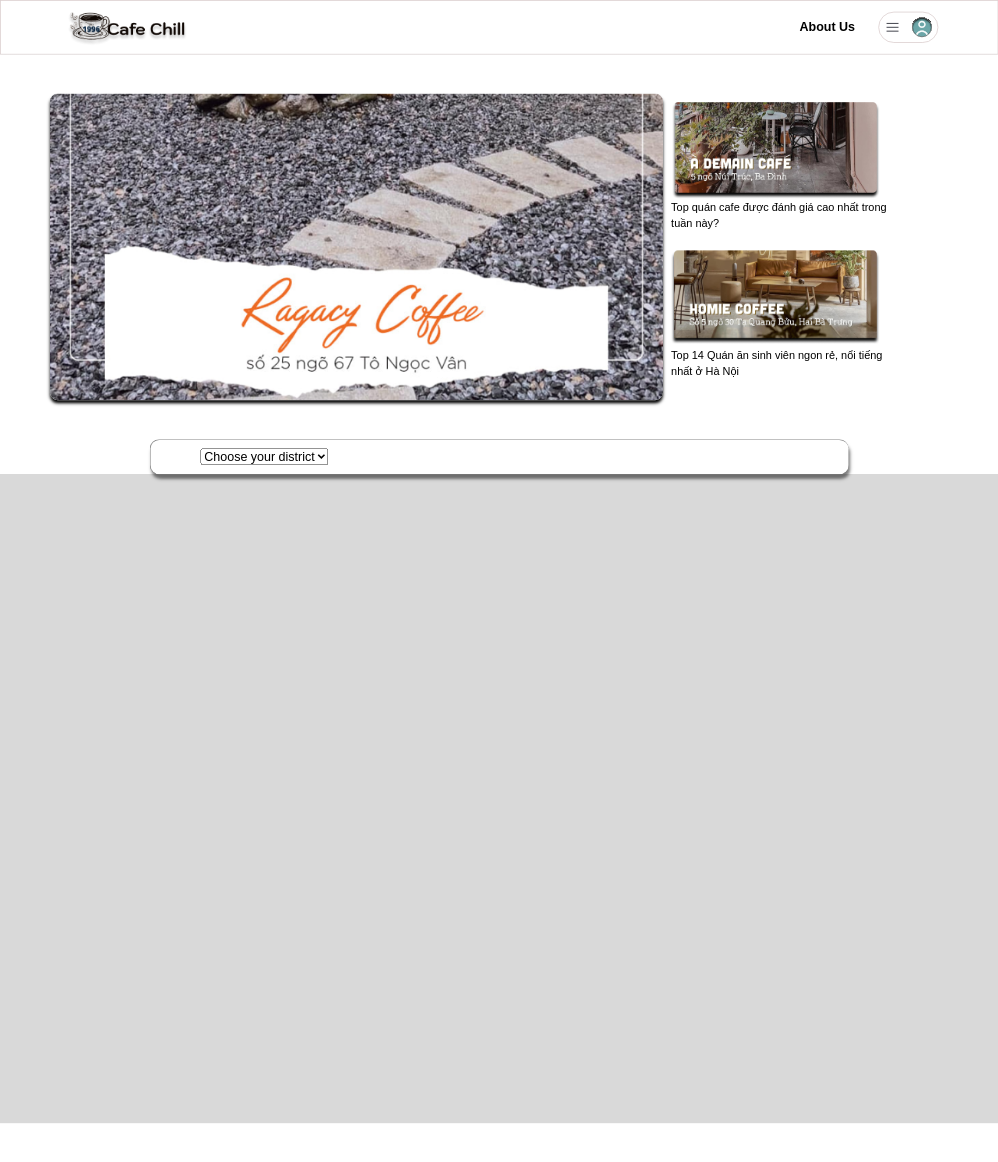
Repository: eriklehnsher/CafeReview-Vue3
Page: /
The author's editor kept a copy of each file at every save. The page is drawn from the files as they stood at one save, then again after the next save.
The browser window is 1280 px wide. The pictures show the whole page, at 78% of full size.
Some web fonts or font styles are not loaded; a fallback is used. The project was rebuilt for these pictures with package versions that can differ from the ones it lists, and the page was loaded fresh each time. Also part of the build but not shown: vue.config.js.

Above is the page before, as saved 2023-10-11 13:38:58.

### public/index.html
<!DOCTYPE html>
<html lang="">
  <head>
    <meta charset="utf-8">
    <meta http-equiv="X-UA-Compatible" content="IE=edge">
    <meta name="viewport" content="width=device-width,initial-scale=1.0">
    <link rel="icon" href="<%= BASE_URL %>LOGO.ico">
    <title><%= htmlWebpackPlugin.options.title %></title>
  </head>
  <body>
    <noscript>
      <strong>We're sorry but <%= htmlWebpackPlugin.options.title %> doesn't work properly without JavaScript enabled. Please enable it to continue.</strong>
    </noscript>
    <div id="app"></div>
    <!-- built files will be auto injected -->
  </body>
</html>

### src/main.js
import "bootstrap/dist/css/bootstrap.css";
import { createApp } from 'vue'
import App from './App.vue'

createApp(App).mount('#app')

import "bootstrap/dist/js/bootstrap.js"

### src/App.vue
<template>
  <Header class="header-app" />
  <HomePage class="homepage-app" />
</template>

<script>
import Header from "./components/Header.vue";
import HomePage from "./components/HomePage.vue";

export default {
  name: "App",
  components: {
    HomePage,
    Header,
  },
};
</script>

<style>
@import url("https://fonts.googleapis.com/css2?family=ABeeZee&display=swap");

body {
  margin: 0px;
}
#app {
  background: #d9d9d9;
  height: 200vh;
  margin-bottom: 50px;
  -webkit-font-smoothing: antialiased;
  -moz-osx-font-smoothing: grayscale;

  font-family: "ABeeZee", sans-serif;
}
/* .header-app {
  position: sticky;
  top: 0;
} */

</style>

### src/components/Header.vue
<template>
  <div class="header">
    <div class="container">
      <nav class="navbar navbar-expand-lg">
        <div class="container-fluid">
          <img src="../assets/logo.png" alt="" class="logo" />

          <div class="collapse navbar-collapse" id="navbarSupportedContent">
            <ul class="navbar-nav me-auto mb-2 mb-lg-0"></ul>
            <div class="btn-group">
              <a class="header-about" href="">About Us</a>
              <div
                type="button"
                class="Author"
                data-bs-toggle="dropdown"
                aria-expanded="false"
              >
                <svg
                  xmlns="http://www.w3.org/2000/svg"
                  width="25"
                  height="40"
                  viewBox="0 0 42 40"
                  fill="none"
                >
                  <path
                    d="M8.59375 11.6667H32.6562"
                    stroke="#33363F"
                    stroke-width="2"
                    stroke-linecap="round"
                  />
                  <path
                    d="M8.59375 20H32.6562"
                    stroke="#33363F"
                    stroke-width="2"
                    stroke-linecap="round"
                  />
                  <path
                    d="M8.59375 28.3333H32.6562"
                    stroke="#33363F"
                    stroke-width="2"
                    stroke-linecap="round"
                  />
                </svg>
                <svg
                  width="30"
                  height="50"
                  viewBox="0 0 50 50"
                  fill="none"
                  xmlns="http://www.w3.org/2000/svg"
                >
                  <g filter="url(#filter0_i_102_131)">
                    <path
                      fill-rule="evenodd"
                      clip-rule="evenodd"
                      d="M4.1665 25C4.1665 13.4941 13.4939 4.16669 24.9998 4.16669C36.5058 4.16669 45.8332 13.4941 45.8332 25C45.8332 31.693 42.6771 37.6488 37.7719 41.4603C36.9132 38.9522 35.3321 36.7452 33.2181 35.1231C30.8604 33.314 27.9717 32.3334 24.9998 32.3334C22.028 32.3334 19.1393 33.314 16.7816 35.1231C14.6676 36.7452 13.0865 38.9522 12.2277 41.4603C7.32261 37.6488 4.1665 31.693 4.1665 25ZM32.0006 36.7098C33.9555 38.2098 35.3754 40.297 36.0539 42.6621C32.8501 44.6715 29.0607 45.8334 24.9998 45.8334C20.939 45.8334 17.1496 44.6715 13.9457 42.6621C14.6242 40.297 16.0442 38.2098 17.9991 36.7098C20.0075 35.1687 22.4683 34.3334 24.9998 34.3334C27.5314 34.3334 29.9922 35.1687 32.0006 36.7098ZM19.7498 18.75C19.7498 15.8505 22.1003 13.5 24.9998 13.5C27.8993 13.5 30.2498 15.8505 30.2498 18.75C30.2498 21.6495 27.8993 24 24.9998 24C22.1003 24 19.7498 21.6495 19.7498 18.75ZM24.9998 11.5C20.9958 11.5 17.7498 14.746 17.7498 18.75C17.7498 22.7541 20.9958 26 24.9998 26C29.0039 26 32.2498 22.7541 32.2498 18.75C32.2498 14.746 29.0039 11.5 24.9998 11.5Z"
                      fill="#6CA6A8"
                    />
                  </g>
                  <path
                    d="M37.7719 41.4603L37.2989 41.6223L37.5257 42.2848L38.0787 41.8551L37.7719 41.4603ZM33.2181 35.1231L32.9137 35.5198L33.2181 35.1231ZM16.7816 35.1231L17.0859 35.5198L16.7816 35.1231ZM12.2277 41.4603L11.9209 41.8551L12.4739 42.2848L12.7008 41.6223L12.2277 41.4603ZM36.0539 42.6621L36.3196 43.0857L36.6383 42.8858L36.5346 42.5242L36.0539 42.6621ZM32.0006 36.7098L31.6962 37.1065L32.0006 36.7098ZM13.9457 42.6621L13.4651 42.5242L13.3614 42.8858L13.6801 43.0857L13.9457 42.6621ZM17.9991 36.7098L17.6947 36.3131H17.6947L17.9991 36.7098ZM24.9998 3.66669C13.2178 3.66669 3.6665 13.2179 3.6665 25H4.6665C4.6665 13.7702 13.77 4.66669 24.9998 4.66669V3.66669ZM46.3332 25C46.3332 13.2179 36.7819 3.66669 24.9998 3.66669V4.66669C36.2296 4.66669 45.3332 13.7702 45.3332 25H46.3332ZM38.0787 41.8551C43.1005 37.9529 46.3332 31.8539 46.3332 25H45.3332C45.3332 31.5321 42.2536 37.3446 37.4652 41.0655L38.0787 41.8551ZM32.9137 35.5198C34.9494 37.0818 36.472 39.207 37.2989 41.6223L38.245 41.2984C37.3545 38.6973 35.7148 36.4086 33.5225 34.7264L32.9137 35.5198ZM24.9998 32.8334C27.8616 32.8334 30.6434 33.7776 32.9137 35.5198L33.5225 34.7264C31.0775 32.8503 28.0817 31.8334 24.9998 31.8334V32.8334ZM17.0859 35.5198C19.3563 33.7776 22.1381 32.8334 24.9998 32.8334V31.8334C21.918 31.8334 18.9222 32.8503 16.4772 34.7264L17.0859 35.5198ZM12.7008 41.6223C13.5277 39.207 15.0502 37.0818 17.0859 35.5198L16.4772 34.7264C14.2849 36.4086 12.6452 38.6973 11.7547 41.2984L12.7008 41.6223ZM3.6665 25C3.6665 31.8539 6.89917 37.9529 11.9209 41.8551L12.5345 41.0655C7.74605 37.3446 4.6665 31.5321 4.6665 25H3.6665ZM36.5346 42.5242C35.8266 40.0563 34.3449 37.8784 32.305 36.3131L31.6962 37.1065C33.5661 38.5413 34.9243 40.5377 35.5733 42.8L36.5346 42.5242ZM24.9998 46.3334C29.1574 46.3334 33.0385 45.1436 36.3196 43.0857L35.7883 42.2385C32.6617 44.1995 28.964 45.3334 24.9998 45.3334V46.3334ZM13.6801 43.0857C16.9612 45.1436 20.8423 46.3334 24.9998 46.3334V45.3334C21.0357 45.3334 17.3379 44.1995 14.2114 42.2385L13.6801 43.0857ZM17.6947 36.3131C15.6548 37.8784 14.1731 40.0563 13.4651 42.5242L14.4263 42.8C15.0753 40.5377 16.4336 38.5413 18.3035 37.1065L17.6947 36.3131ZM24.9998 33.8334C22.3582 33.8334 19.7904 34.705 17.6947 36.3131L18.3035 37.1065C20.2246 35.6324 22.5784 34.8334 24.9998 34.8334V33.8334ZM32.305 36.3131C30.2092 34.705 27.6415 33.8334 24.9998 33.8334V34.8334C27.4213 34.8334 29.7751 35.6324 31.6962 37.1065L32.305 36.3131ZM24.9998 13C21.8242 13 19.2498 15.5744 19.2498 18.75H20.2498C20.2498 16.1267 22.3765 14 24.9998 14V13ZM30.7498 18.75C30.7498 15.5744 28.1755 13 24.9998 13V14C27.6232 14 29.7498 16.1267 29.7498 18.75H30.7498ZM24.9998 24.5C28.1755 24.5 30.7498 21.9257 30.7498 18.75H29.7498C29.7498 21.3734 27.6232 23.5 24.9998 23.5V24.5ZM19.2498 18.75C19.2498 21.9257 21.8242 24.5 24.9998 24.5V23.5C22.3765 23.5 20.2498 21.3734 20.2498 18.75H19.2498ZM18.2498 18.75C18.2498 15.0221 21.2719 12 24.9998 12V11C20.7196 11 17.2498 14.4698 17.2498 18.75H18.2498ZM24.9998 25.5C21.2719 25.5 18.2498 22.4779 18.2498 18.75H17.2498C17.2498 23.0302 20.7196 26.5 24.9998 26.5V25.5ZM31.7498 18.75C31.7498 22.4779 28.7278 25.5 24.9998 25.5V26.5C29.28 26.5 32.7498 23.0302 32.7498 18.75H31.7498ZM24.9998 12C28.7278 12 31.7498 15.0221 31.7498 18.75H32.7498C32.7498 14.4698 29.28 11 24.9998 11V12Z"
                    fill="white"
                  />
                  <rect
                    x="4.6665"
                    y="4.66669"
                    width="40.6667"
                    height="40.6667"
                    rx="20.3333"
                    stroke="#222222"
                  />
                  <defs>
                    <filter
                      id="filter0_i_102_131"
                      x="3.6665"
                      y="3.66669"
                      width="42.6665"
                      height="46.6667"
                      filterUnits="userSpaceOnUse"
                      color-interpolation-filters="sRGB"
                    >
                      <feFlood flood-opacity="0" result="BackgroundImageFix" />
                      <feBlend
                        mode="normal"
                        in="SourceGraphic"
                        in2="BackgroundImageFix"
                        result="shape"
                      />
                      <feColorMatrix
                        in="SourceAlpha"
                        type="matrix"
                        values="0 0 0 0 0 0 0 0 0 0 0 0 0 0 0 0 0 0 127 0"
                        result="hardAlpha"
                      />
                      <feOffset dy="4" />
                      <feGaussianBlur stdDeviation="2" />
                      <feComposite
                        in2="hardAlpha"
                        operator="arithmetic"
                        k2="-1"
                        k3="1"
                      />
                      <feColorMatrix
                        type="matrix"
                        values="0 0 0 0 0 0 0 0 0 0 0 0 0 0 0 0 0 0 1 0"
                      />
                      <feBlend
                        mode="normal"
                        in2="shape"
                        result="effect1_innerShadow_102_131"
                      />
                    </filter>
                  </defs>
                </svg>
              </div>
              <ul class="dropdown-menu dropdown-menu-end">
                <li><a class="dropdown-item" href="">LogIn</a></li>
                <li><a class="dropdown-item" href="">Sign In</a></li>
                <li><hr class="dropdown-divider" /></li>
                <li><a class="dropdown-item" href="">LogOut</a></li>
              </ul>
            </div>
          </div>
        </div>
      </nav>
    </div>
  </div>
</template>

<script>
export default {};
</script>

<!-- Add "scoped" attribute to limit CSS to this component only -->
<style scoped>
.header {
  border: 1px solid #dbcfcf;
  box-shadow: 0px 4px 4px 0px rgba(30, 30, 30, 0.3);
  width: 100%;
  height: 70px;
  background-color: #fff;
  display: flex;
  justify-content: center;
  align-items: center;
  transition: 0.6s;
  margin: 0;
  padding: 0;
}
.container {
  padding: 10px 5%;
  margin: 0;
  max-width: 1440px;

}
.logo {
  width: auto;
  height: 80px;
}
.logo:hover {
  cursor: pointer;
}
a {
  font-size: 16px;
  font-weight: 700;
  text-decoration: none;
  color: #000;
  margin-right: 20px;
}
a:hover {
  color: #000;
}
.Author {
  border-radius: 50px;
  border: 1px solid #dbcfcf;
  background: #fff;
  width: auto;
  height: 40px;
  display: inline-flex;
  flex-direction: row;
  justify-content: space-around;
  align-items: center;
  gap: 10px;
  padding: 5px;
}
.Author:hover {
  cursor: pointer;
  box-shadow: 0px 4px 4px 0px rgba(83, 80, 80, 0.25);
}
.dropdown-menu {
  margin-top: 10px;
  right: 5px;
  border: 1px solid #dbcfcf;
  border-radius: 5px;
  box-shadow: 0px 4px 4px 0px rgba(83, 80, 80, 0.25);
}
.dropdown-item {
  font-size: 14px;
  font-weight: 300;
}
.btn-group {
  display: flex;
  flex-direction: row;
  justify-content: space-around;
  align-items: center;
  gap: 10px;
}
</style>

### src/components/HomePage.vue
<template>
  <div class="homepage">
    <div class="banner">
      <div class="banner-flex d-flex">
        <div class="">
          <img
            src="../assets/images/images-slider1.png"
            class="banner-bg d-block w-100"
            alt="..."
          />
          <!-- <div
            id=""
            class="carousel slide"
            data-bs-ride="carousel"
          >
            <div class="carousel-inner">
              <div class="carousel-item active">
                <img
                  src="../assets/images/images-slider1.png"
                  class="d-block w-100"
                  alt="..."
                />
              </div>
              <div class="carousel-item">
                <img
                  src="../assets/images/images-slider2.png"
                  class="d-block w-100"
                  alt="..."
                />
              </div>
              <div class="carousel-item">
                <img
                  src="../assets/images/images-slider3.png"
                  class="d-block w-100"
                  alt="..."
                />
              </div>
              <div class="carousel-item">
                <img
                  src="../assets/images/images-slider4.png"
                  class="d-block w-100"
                  alt="..."
                />
              </div>
            </div>
          </div> -->
        </div>
        <div class="promo">
          <div class="promo-1">
            <img class="promo-img" src="../assets/images/promo1.png" alt="" />
            <p class="promo-text">
              Top quán cafe được đánh giá cao nhất trong tuần này?
            </p>
          </div>
          <div class="promo-1 mt-4">
            <img class="promo-img" src="../assets/images/promo2.png" alt="" />
            <p class="promo-text">
              Top 14 Quán ăn sinh viên ngon rẻ, nổi tiếng nhất ở Hà Nội
            </p>
          </div>
        </div>
      </div>
    </div>

    <div class="search-box">
     <Drop-Down

     ></Drop-Down>
    </div>

    <div class="top-cafe"></div>
  </div>
</template>

<script>
import DropDown from "@/Home/DropDown";



export default {
  components: {
    DropDown,
  },
};
</script>

<!-- Add "scoped" attribute to limit CSS to this component only -->
<style scoped>
.homepage {
  display: flex;
  flex-direction: column;
  justify-content: center;
  align-items: center;
  background: linear-gradient(to bottom, #fff 550px, #d9d9d9 10px);
}

.banner {
  padding: 50px 5%;
  margin: 0;
  height: auto;
}

.promo-1:hover {
  cursor: pointer;
}
.promo-text {
  width: 80%;
  height: 100%;
  color: black;
  font-size: 14px;
  font-family: inherit;
  font-weight: 300;
}
.carousel {
  border-radius: 10px;
  box-shadow: 0px 4px 4px 0px #000;
}
.banner-flex {
  display: flex;
  gap: 10px;
  justify-content: center;
  align-items: center;
}
.banner-bg {
  border-radius: 10px;
  box-shadow: 0px 4px 4px 0px #000;
}
.carousel-inner {
  border-radius: 10px;
}
.search-box {
  width: 70%;
  height: auto;
  border-radius: 12px;
  border-top: 1px solid rgba(0, 0, 0, 0.5);
  border-left: 1px solid rgba(0, 0, 0, 0.5);
  background: #fff;
  box-shadow: 2px 6px 4px 0px rgba(0, 0, 0, 0.5);
  padding: 10px 5%;
}
.searchbox-content {
  padding: 10px 5%;
}
.top-cafe {
  background-color: #d9d9d9;
}
</style>

### src/Home/Dropdown.vue
<template>
  <div class="group__input-data">
    <div class="form-group">
      <label for=""></label>
      <select class="custom-select" name="" id="">
         <option value="" selected>Choose your district</option>
        <option v-for="district in districts" v-bind:key="district.value">
          {{ district.text }}
        </option>


      </select>
    </div>
  </div>
</template>

<script>
export default {
  data() {
    return {
      cities: [{ value: "hanoi", text: "Hà Nội" }],
      districts: [
        { value: "hai ba trung", text: "Hai Bà Trưng" },
        { value: "ba dinh", text: "Ba Đình" },
        { value: "bac tu liem", text: "Bắc Từ Liên" },
        { value: "hoan kiem", text: "Hoàn Kiếm" },
        { value: "tay ho", text: "Tây Hồ" },
        { value: "cau giay", text: "Cầu Giấy" },
      ],
      wards: {
        "hai ba trung": [
          { value: "bach khoa", text: "Bách Khoa" },
          { value: "bach mai", text: "Bạch Mai" },
          { value: "nguyen du", text: "Nguyễn Du" },
          { value: "bach dang", text: "Bạch Đằng" },
          { value: "pham dinh ho", text: "Phạm Đình Hổ" },
          { value: "le dai hanh", text: "Lê Đại Hành" },
          { value: "dong nhan", text: "Đồng Nhân" },
          { value: "pho hue", text: "Phố Huế" },
          { value: "thanh nhan", text: "Thanh Nhàn" },
        ],
        "ba dinh": [
          { value: "truc bạch", text: "Trúc Bạch" },
          { value: "lieu giai", text: "Liễu Giai" },
          { value: "quan thanh", text: "Quán Thánh" },
          { value: "doi can", text: "Đội Cấn" },
          { value: "kim ma", text: "Kim Mã" },
          { value: "giang vo", text: "Giảng Võ" },
          { value: "cong vi", text: "Cống Vị" },
          { value: "dien bien", text: "Điện Biên" },
        ],
        "bac tu liem": [
          { value: "thuong cat", text: "Thượng Cát" },
          { value: "lien mac", text: " Liên Mạc" },
          { value: "dong ngac", text: "Đông Ngạc" },
          { value: "duc thang", text: "Đức Thắng" },
          { value: "thuy phuong", text: "Thụy Phương" },
          { value: "tay tuu", text: "Tây Tựu" },
          { value: "xuan dinh", text: "Xuân Đỉnh" },
          { value: " xuan tao", text: " Xuân Tảo" },
          { value: "minh khai", text: "Minh Khai" },
        ],
        "hoan kiem": [
          { value: "phuc tan", text: "Phúc Tân" },
          { value: "dong xuan", text: "Đồng Xuân" },
          { value: "hang ma", text: "Hàng Mã" },
          { value: "hang buom", text: "Hàng Buồm" },
          { value: "hang dao", text: "Hàng Đào" },
          { value: "hang bo", text: "Hàng Bồ" },
          { value: "cua dong", text: "Cửa Đông" },
          { value: "ly thai to", text: "Lý Thái Tổ" },
        ],
        "tay ho": [
          { value: "phu thuong", text: "Phú Thượng" },
          { value: "nhat tan", text: "Nhật Tân" },
          { value: "tu lien", text: "Tứ Liên" },
          { value: "quang an", text: "Quảng An" },
          { value: "xuan la", text: "Xuân La" },
          { value: "yen phu", text: "Yên Phụ" },
          { value: "buoi", text: "Bưởi" },
          { value: "thuy khue", text: "Thụy Khuê" },
        ],
        "cau giay": [
          { value: "nghia do", text: "Nghĩa Đô" },
          { value: "nghia tan", text: "Nghĩa Tân" },
          { value: "mai dich", text: "Mai Dịch" },
          { value: "dich vong", text: "Dịch Vọng" },
          { value: "dich vong hau", text: "Dịch Vọng Hậu" },
          { value: "quan hoa", text: "Quan Hoa" },
          { value: "yen hoa", text: "Yên Hòa" },
          { value: "trung hoa", text: "Trung Hòa" },
        ],
      },
    };
  },
};
</script>

<style></style>

After the next save:
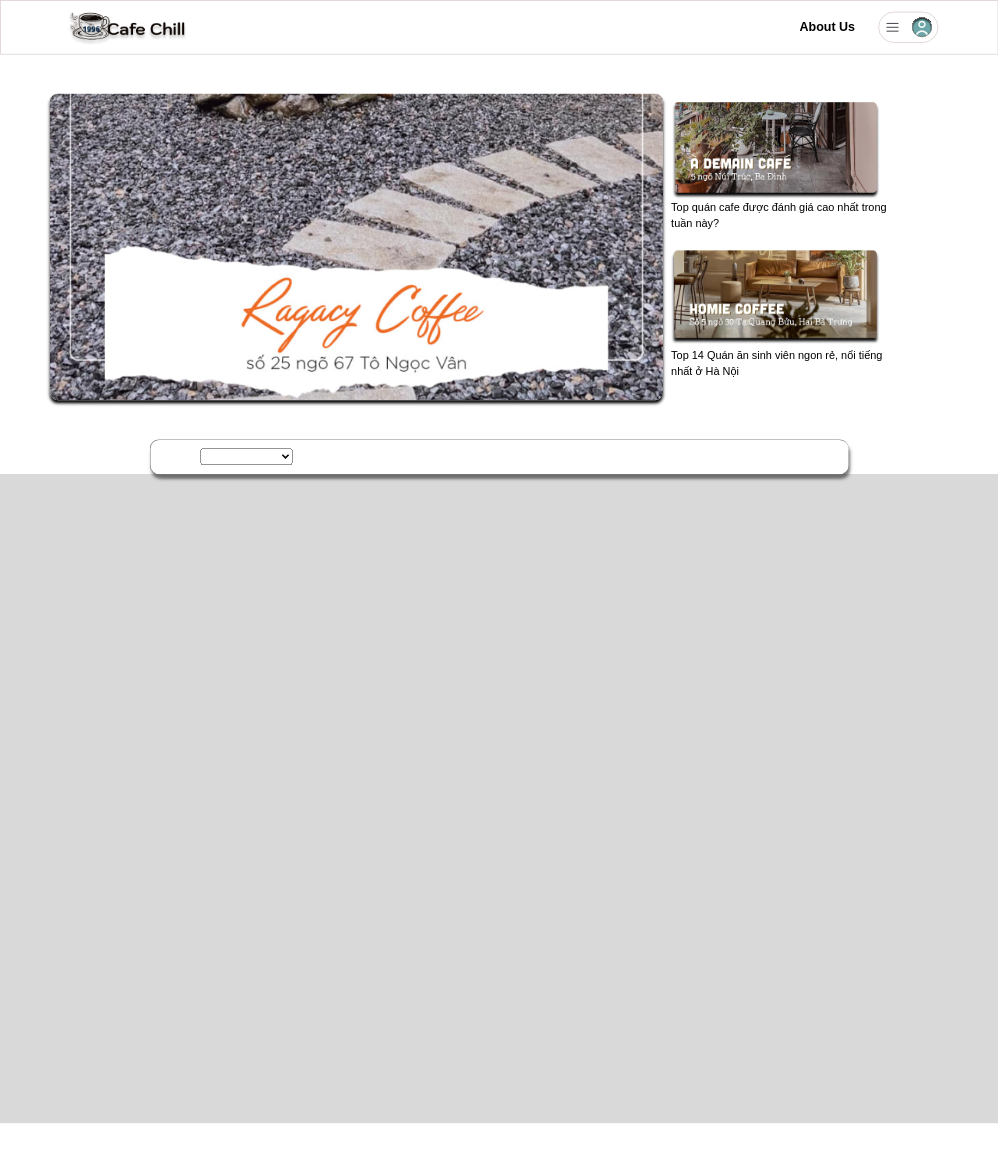
Saved 25 s later.
--- a/src/Home/Dropdown.vue
+++ b/src/Home/Dropdown.vue
@@ -3,7 +3,7 @@
     <div class="form-group">
       <label for=""></label>
       <select class="custom-select" name="" id="">
-         <option value="" selected>Choose your district</option>
+         <option value="" aria-placeholder="Choose your district" selected></option>
         <option v-for="district in districts" v-bind:key="district.value">
           {{ district.text }}
         </option>
